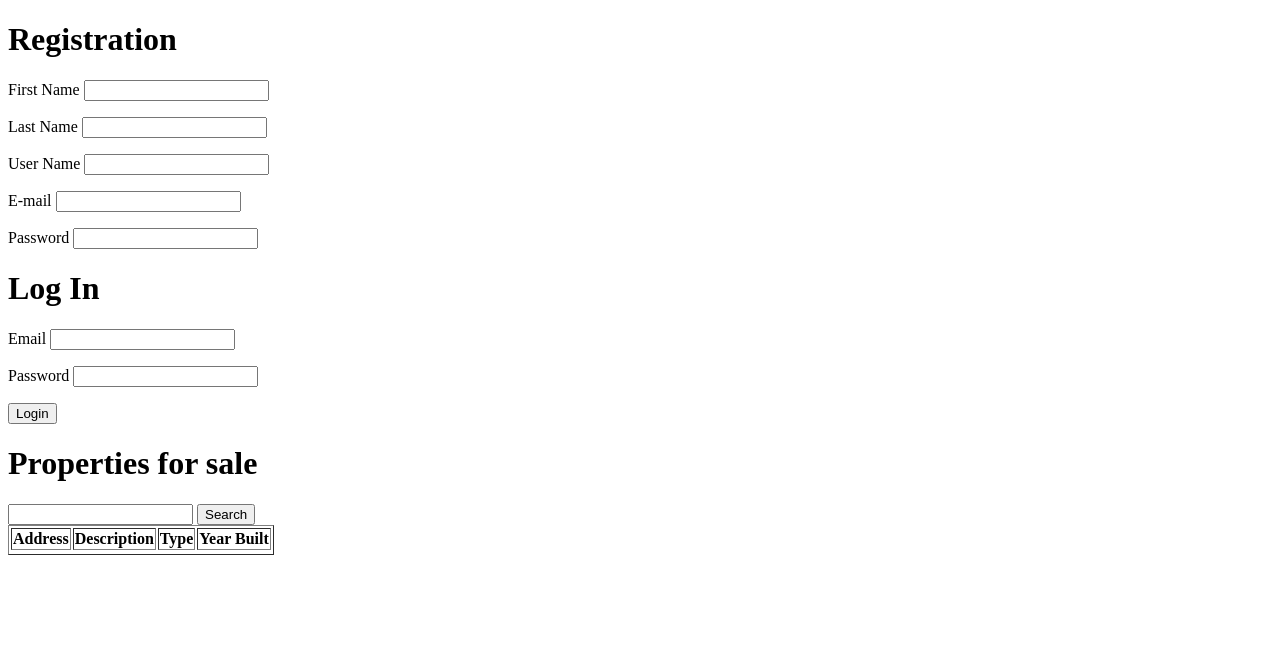
Repository: rickytorrez/test
Page: http://localhost/dcHome/WEB-INF/home.jsp
These files come from the project's save history. The page is drawn as it stood at one moment and after the next save; the edit follows.
The browser window is 1280 px wide. The pictures show the whole page.
The page is served by Tomcat 9. Nobody is signed in. Other server files are loaded and not shown. The template is opened directly, without the code that normally fills it, so the values that code supplies are empty.

Above is the page before, as saved 2018-06-01 18:24:53.

### dcHome/src/main/webapp/WEB-INF/home.jsp
<%@ page language="java" contentType="text/html; charset=UTF-8"
    pageEncoding="UTF-8"%>
<%@ taglib uri="http://java.sun.com/jsp/jstl/core" prefix="c" %>
<%@taglib prefix="fmt" uri="http://java.sun.com/jsp/jstl/fmt"%>
<%@taglib prefix="form" uri="http://www.springframework.org/tags/form"%>
<%@ taglib prefix="spring" uri="http://www.springframework.org/tags" %>
<!DOCTYPE html PUBLIC "-//W3C//DTD HTML 4.01 Transitional//EN" "http://www.w3.org/TR/html4/loose.dtd">
<html>
	<head>
		<meta http-equiv="Content-Type" content="text/html; charset=UTF-8">
		<title>Insert title here</title>
	</head>
	<body>
<%-- 	    <c:if test="${errors != null}">
	    		<c:forEach items="${errors}" var="err">
	    			<p>${err.defaultMessage}</p>
	    		</c:forEach>
	    </c:if>

  		<form:form action="/users/new" method="post" modelAttribute="user">
 			<p>
 				<form:label path="firstname">First Name
 					<form:errors path="firstname"></form:errors>
 					<form:input type="text" path="firstname"></form:input>
 				</form:label>
 			</p>
 			<p>
 				<form:label path="lastname">Last Name
 					<form:errors path="lastname"></form:errors>
 					<form:input type="text" path="lastname"></form:input>
 				</form:label>
 			</p>
 			<p>
 				<form:label path="username">Username
 					<form:errors path="username"></form:errors>
 					<form:input type="text" path="username"></form:input>
 				</form:label>
 			</p>
 			<p>
 				<form:label path="email">Email
 					<form:errors path="email"></form:errors>
 					<form:input type="text" path="email"></form:input>
 				</form:label>
 			</p>
 			<p>
 				<form:label path="password">Password
 					<form:errors path="password"></form:errors>
 					<form:input type="password" path="password"></form:input>
 				</form:label>
 			</p>
 			<p>
 				<form:label path="realtor">Option:
 					<form:errors path="realtor"></form:errors>
 					<form:select path="realtor">
 						<form:option value="true">Realtor</form:option>
 						<form:option value="false">Buyer</form:option>
 					</form:select>
 				</form:label>
 			</p>
 			<input type="submit" value="Register"/>
 		</form:form>

 		<c:if test="${error !=null}">
 				<p>${ error }</p>
 		</c:if> --%>

 		<h1>Registration</h1>

 		<form action="/users/new" method="post">
 			<p>
	 			<label>First Name</label>
	 			<input type="text" name="firstname">
 			</p>
 			<p>
	 			<label>Last Name</label>
	 			<input type="text" name="lastname">
 			</p>
 			<p>
	 			<label>User Name</label>
	 			<input type="text" name="username">
 			</p>
 			<p>
	 			<label>E-mail</label>
	 			<input type="text" name="email">
 			</p>
 			<p>
	 			<label>Password</label>
	 			<input type="password" name="password">
 			</p>


 		</form>




 		<h1>Log In</h1>

 		<form action="/users/login" method="post">
 			<p>
 				<label>Email
 					<input type="text" name="email"/>
 				</label>
 			</p>
 			<p>
 				<label>Password
 					<input type="password" name="password"/>
 				</label>
 			</p>
 			<input type="submit" value="Login"/>
 		</form>

 		<h1>Properties for sale</h1>

 			<form method="GET" action="/users/search" >
				<input type="text" name="search" />
				<input type="submit" value="Search" />
			</form>

 			<table border="1px">
				<tr>
					<th>Address</th>
					<th>Description</th>
					<th>Type</th>
					<th>Year Built</th>

				</tr>
				<c:forEach items="${listings}" var="listing">
				<tr>
					<td>${ listing.address }</td>
		 			<td>${ listing.description }</td>
		 			<td>${ listing.type }</td>
		 			<td><a href="/listings/${listing.id}"><button>View</button></a></td>

				</tr>
				</c:forEach>

				<tr></tr>
			</table>

	</body>
</html>

After the next save:
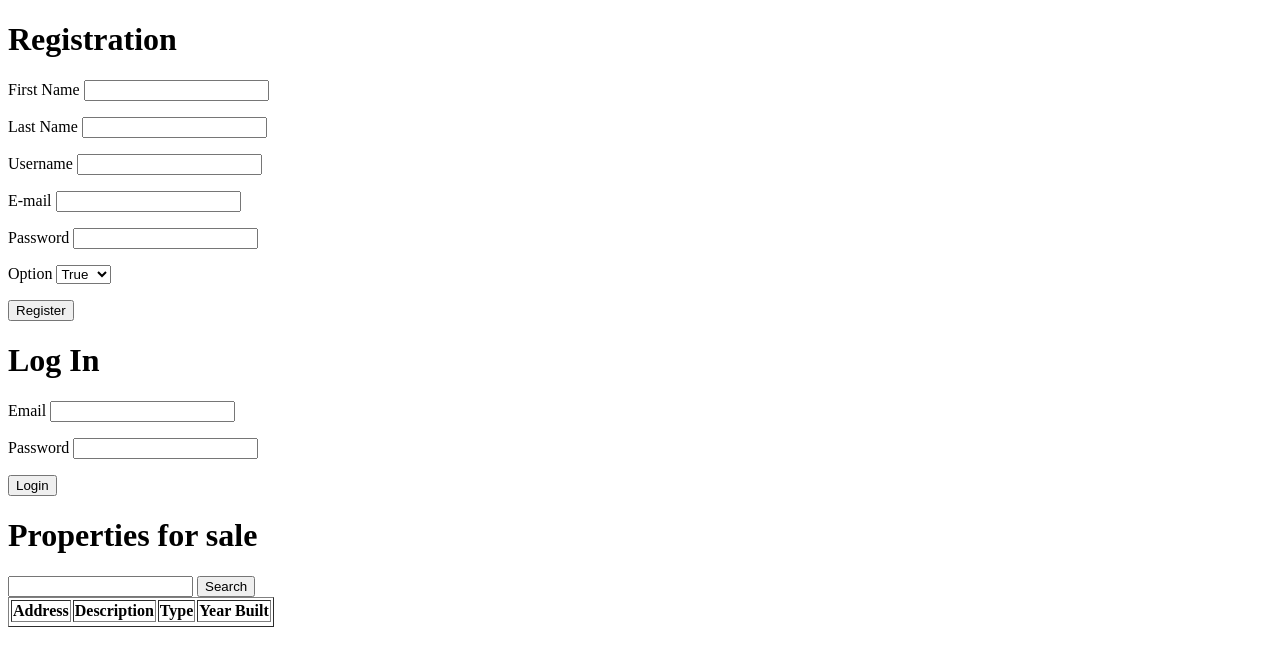
Saved 88 s later.
--- a/dcHome/src/main/webapp/WEB-INF/home.jsp
+++ b/dcHome/src/main/webapp/WEB-INF/home.jsp
@@ -76,7 +76,7 @@
 	 			<input type="text" name="lastname">
  			</p>
  			<p>
-	 			<label>User Name</label>
+	 			<label>Username</label>
 	 			<input type="text" name="username">
  			</p>
  			<p>
@@ -87,8 +87,14 @@
 	 			<label>Password</label>
 	 			<input type="password" name="password">
  			</p>
-
-
+ 			<p>
+	 			<label>Option</label>
+	 			<select>
+	 				<option>True</option>
+	 				<option>False</option>
+	 			</select>
+ 			</p>
+ 			<input type="submit" value="Register"/>
  		</form>
 
 
